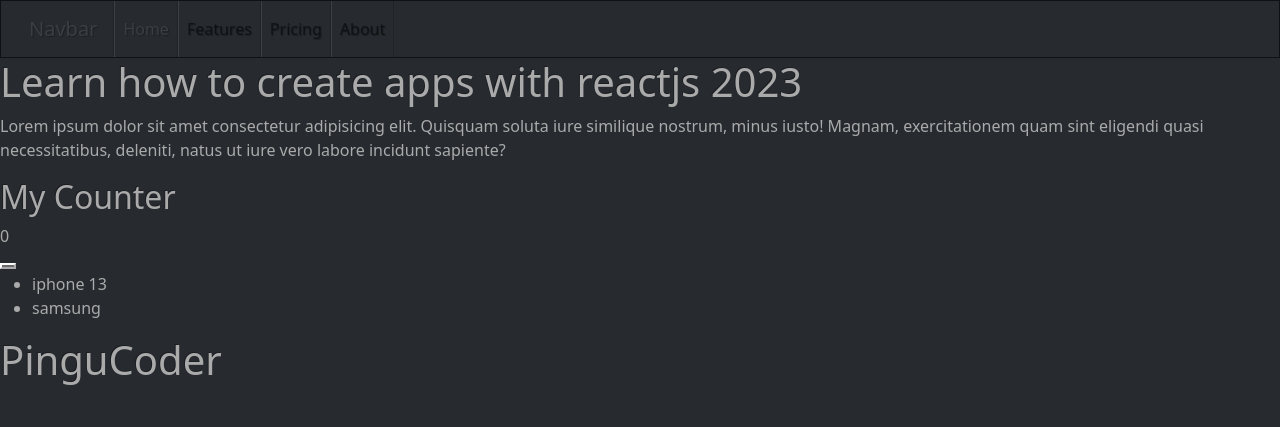
Repository: chanwarichawki/React-BC
Page: /
An editor plug-in stored every save of this project. The page is shown before and after the next save, followed by the edit.
The browser window is 1280 px wide. The pictures show the whole page.
Some web libraries are served in a nearby version. The project was rebuilt for these pictures with package versions that can differ from the ones it lists, and the page was loaded fresh each time. Also part of the build but not shown: vite.config.js.

Above is the page before, as saved 2024-01-15 15:36:03.

### src/App.jsx
// import Article from "./components/Article";
// import Header from "./components/Header";
import NavBar from "./components/NavBar";
import Products from "./components/Products";

function App() {
  return (
    <>
    <NavBar />
    <Products />
    <h1>PinguCoder</h1>
    </>
  )
}

export default App

### src/index.css
@import "/node_modules/bootswatch/dist/slate/bootstrap.min.css"

### src/components/NavBar.jsx

function NavBar() {
  return (
    <nav className="navbar navbar-expand-lg bg-dark" data-bs-theme="dark">
  <div className="container-fluid">
    <a className="navbar-brand" href="dd">Navbar</a>
    <button className="navbar-toggler" type="button" data-bs-toggle="collapse" data-bs-target="#navbarColor02" aria-controls="navbarColor02" aria-expanded="false" aria-label="Toggle navigation">
      <span className="navbar-toggler-icon"></span>
    </button>
    <div className="collapse navbar-collapse" id="navbarColor02">
      <ul className="navbar-nav me-auto">
        <li className="nav-item">
          <a className="nav-link active" href="dd">Home
            <span className="visually-hidden">(current)</span>
          </a>
        </li>
        <li className="nav-item">
          <a className="nav-link" href="dd">Features</a>
        </li>
        <li className="nav-item">
          <a className="nav-link" href="dd">Pricing</a>
        </li>
        <li className="nav-item">
          <a className="nav-link" href="dd">About</a>
        </li>
      </ul>
    </div>
  </div>
</nav>
  )
}

export default NavBar

### src/components/Products.jsx
import Counter from "./Counter";

function Products() {

  let title = "Learn how to create apps with reactjs 2023"
  let showList = true;
  let products = [
    {
      id: 1,
      label: "iphone 13",
      price: 2900
    },
    {
      id: 2,
      label: "samsung",
      price: 1200
    }
  ]
  return (
    <div>
      <h1>{title}</h1>
      <p>Lorem ipsum dolor sit amet consectetur adipisicing elit. Quisquam soluta iure similique nostrum, minus iusto! Magnam, exercitationem quam sint eligendi quasi necessitatibus, deleniti, natus ut iure vero labore incidunt sapiente?</p>

      <Counter />

      {/* {showList ? "show list of product" : "none"} */}

      {showList ? (

        <ul>
        {products.map((product, index) => (
          <li key={index}>{product.label}</li>
        ))}
        </ul>
      )
      : ("none")
      }

    </div>
  )
}

export default Products

### src/components/Counter.jsx

function Counter() {
  let count = 0;

  return (
    <>
    <h2>My Counter</h2>
    <div>{count}</div>
    <button className=""></button>
    </>
  )
}

export default Counter

Loaded but not shown: index.html (common file); src/main.jsx (common file)

After the next save:
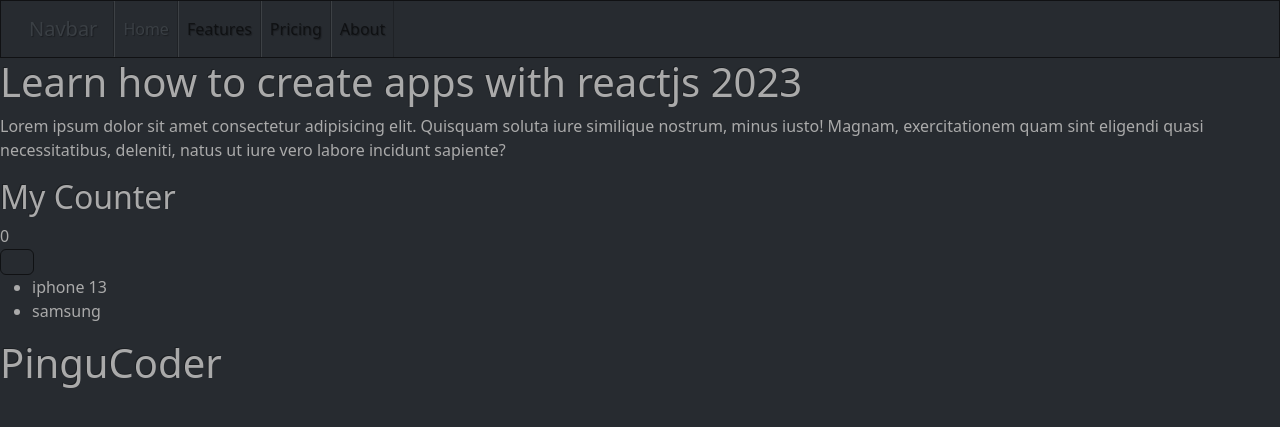
Saved 9 s later.
--- a/src/components/Counter.jsx
+++ b/src/components/Counter.jsx
@@ -6,7 +6,7 @@ function Counter() {
     <>
     <h2>My Counter</h2>
     <div>{count}</div>
-    <button className=""></button>
+    <button className="btn"></button>
     </>
   )
 }
